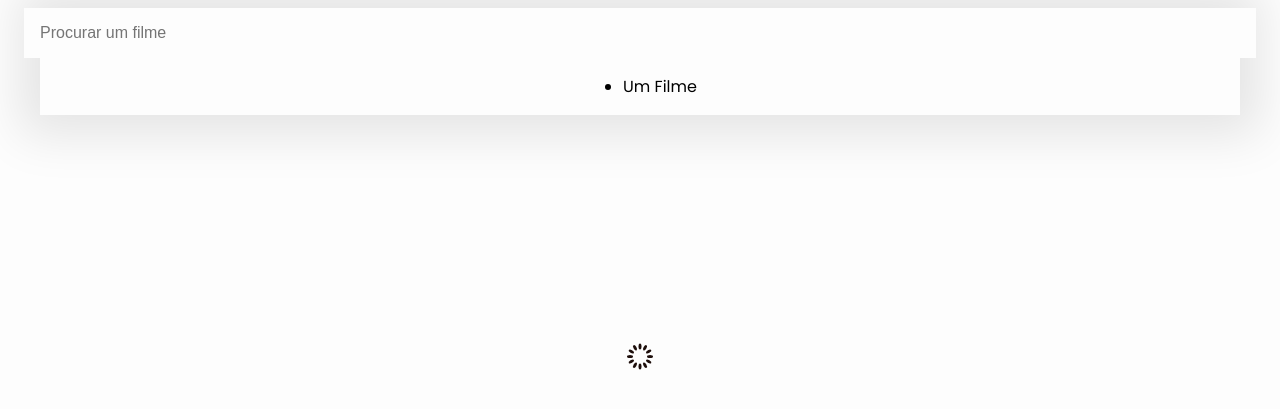
Repository: giordanobraz/agenda-edu-challenge
Page: /
The author's editor kept a copy of each file at every save. The page is drawn from the files as they stood at one save, then again after the next save.
The browser window is 1280 px wide. The pictures show the whole page.
The page's requests for data from a server got no answer. The project was rebuilt for these pictures with package versions that can differ from the ones it lists, and the page was loaded fresh each time. No one was signed in, and anything a server would have sent is missing. Also part of the build but not shown: src/components/List/MovieList.scss, src/components/Details/Details.scss, src/components/Details/Details.js, src/pages/Details/index.js.

Above is the page before, as saved 2022-05-13 16:49:24.

After the next save:
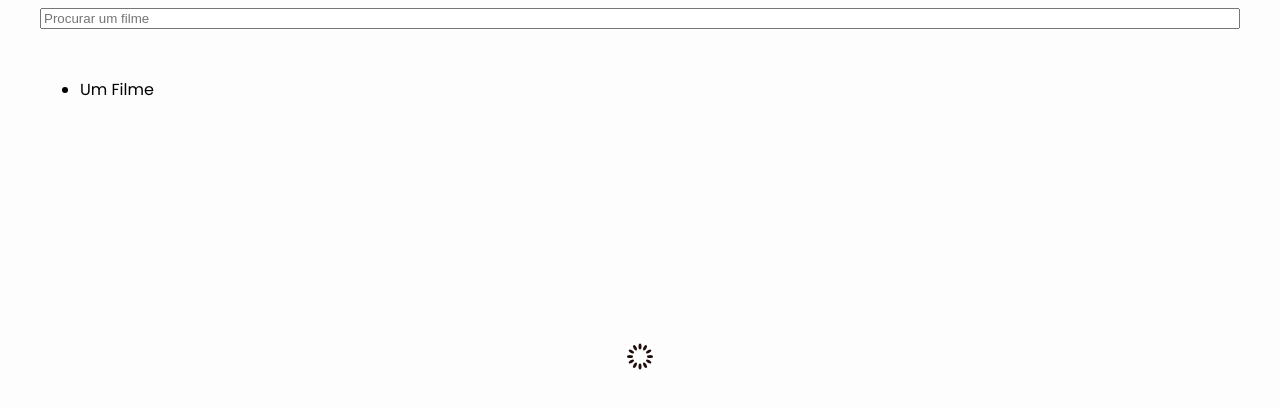
Saved 46 s later.
--- a/src/components/Search/SearchBar.js
+++ b/src/components/Search/SearchBar.js
@@ -3,15 +3,13 @@ import "./SearchBar.scss";
 function SearchBar() {
   return (
     <>
-      <div className="search-bar">
-        <input type="text" placeholder="Procurar um filme" />
-        <div className="search-bar-items">
-          <ul>
-            <li>
-              <p>Um Filme</p>
-            </li>
-          </ul>
-        </div>
+      <input type="text" placeholder="Procurar um filme" />
+      <div className="search-bar-items">
+        <ul>
+          <li>
+            <p>Um Filme</p>
+          </li>
+        </ul>
       </div>
     </>
   );
